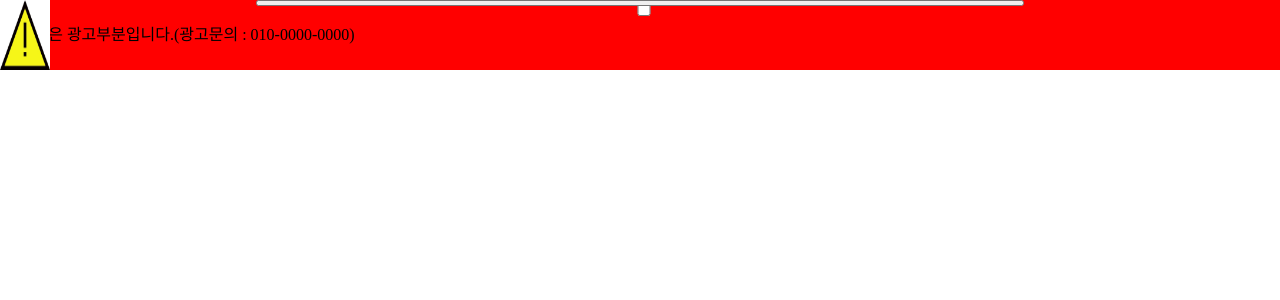
Repository: leehyeonung/myproject
Page: http://localhost/myproject/
An editor plug-in stored every save of this project. The page is shown before and after the next save, followed by the edit.
The browser window is 1280 px wide. The pictures show the whole page.
The page is served by Tomcat 9.

Above is the page before, as saved 2023-03-15 10:49:02.

### myproject/src/main/webapp/index.jsp
<%@ page language="java" contentType="text/html; charset=EUC-KR"
    pageEncoding="EUC-KR"%>
<!DOCTYPE html>
<html>
<head>
<meta charset="EUC-KR">
<title>index</title>
</head>
<body>
<jsp:include page="header.jsp"></jsp:include>
<section>

</section>
<jsp:include page="footer.jsp"></jsp:include>
</body>
</html>

### myproject/src/main/webapp/header.jsp
<%@ page language="java" contentType="text/html; charset=EUC-KR"
    pageEncoding="EUC-KR"%>
<!DOCTYPE html>
<html>
<head>
<meta charset="EUC-KR">
<title>header</title>
<link rel="stylesheet" type="text/css" href="/resources/css/header.css">
</head>
<body>

<div class="ad">
<img alt="" src="/resources/image/warning2.jpg">
이 부분은 광고부분입니다.(광고문의 : 010-0000-0000)
<input type="checkbox" value="오늘하루 열지 않음" >
<button type="button" name="ad_button" value="asdf"></button>
</div>

<header>
</header>

<nav>
</nav>



</body>
</html>

### myproject/src/main/webapp/footer.jsp
<%@ page language="java" contentType="text/html; charset=EUC-KR"
    pageEncoding="EUC-KR"%>
<!DOCTYPE html>
<html>
<head>
<meta charset="EUC-KR">
<title>footer</title>
</head>
<body>

</body>
</html>

### myproject/src/main/webapp/resources/css/header.css
*{
	position: fixed;
	width:60%;
	left:20%;
}

.ad img{
	left:0px;
	width:50px;
	height: 70px;
}

.ad{
	left:0px;
	width:100%;
	top:0px;
	height:70px;
	background-color: red;
	line-height: 70px;
}
header{

}

nav{

}

After the next save:
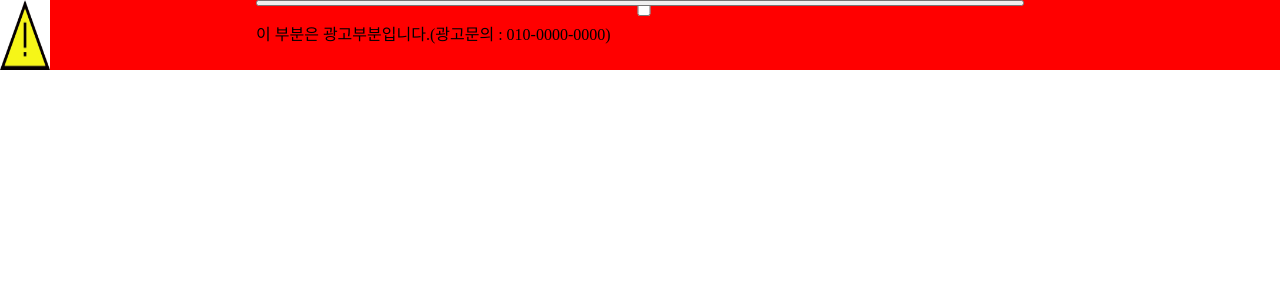
Saved 18 s later.
--- a/myproject/src/main/webapp/header.jsp
+++ b/myproject/src/main/webapp/header.jsp
@@ -11,7 +11,9 @@
 
 <div class="ad">
 <img alt="" src="/resources/image/warning2.jpg">
+<div class="ad_text">
 이 부분은 광고부분입니다.(광고문의 : 010-0000-0000)
+</div>
 <input type="checkbox" value="오늘하루 열지 않음" >
 <button type="button" name="ad_button" value="asdf"></button>
 </div>
